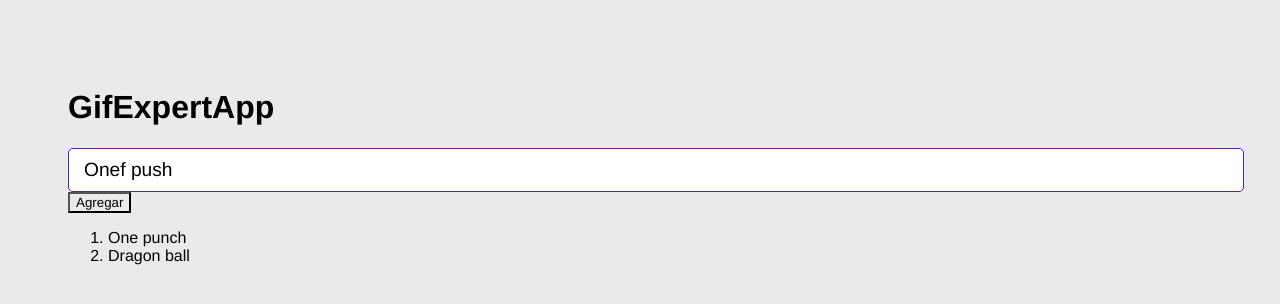
Repository: mmg0206/react-gif-expert
Page: /
The author's editor kept a copy of each file at every save. The page is drawn from the files as they stood at one save, then again after the next save.
The browser window is 1280 px wide. The pictures show the whole page.
The project was rebuilt for these pictures with package versions that can differ from the ones it lists, and the page was loaded fresh each time. Also part of the build but not shown: vite.config.js.

Above is the page before, as saved 2024-04-13 21:08:16.

### src/main.jsx
import React from 'react'
import ReactDOM from 'react-dom/client'
import { GifExpertApp } from './GifExpertApp.jsx'
import './styles.css';

if (import.meta.hot) {
  import.meta.hot.on(
    "vite:beforeUpdate",
    /* eslint-disable-next-line no-console */
    () => console.clear()
  );
}

ReactDOM.createRoot(document.getElementById('root')).render(
  <React.StrictMode>
    <GifExpertApp/>
  </React.StrictMode>
)

### src/GifExpertApp.jsx
import { useState } from "react";
import {AddCategory} from "./components/AddCategory";

export const GifExpertApp = () => {
  // const apiKey ='Ls33XwmjLip5m9fo9lFfzjgpz7a8Isa8';
  const [categories, setCategories] = useState(['One punch', 'Dragon ball']);

  const onAddCategory =(newValue)=>{
    setCategories(categories.concat(newValue));
  }


  return (
    <>
      {/* titulo */}
      <h1>GifExpertApp</h1>

      {/* input */}
      <AddCategory />

      {/* listado de gifs */}
      <button onClick={()=>onAddCategory('Valorant')}>Agregar</button>
      <ol>
        {
          categories.map(el =>{
              return <li key={el}>{el}</li>
          })
        }
      </ol>
        {/* Gif item */}
    </>
  )
}

### src/components/AddCategory.jsx
import { useState } from "react"

export const AddCategory = () => {
    const [inputValue, setInputValue] = useState('Onef push');

    const onInputChange = ({target})=>{
        setInputValue(target.value)
    }

    const onSubmit = (event) =>{
        event.preventDefault();
        console.log(inputValue);
    }

    return (
        <form onSubmit={(e)=>onSubmit(e)}>
            <input
                type="text"
                placeholder="Buscar gifs"
                value={inputValue}
                onChange={(e)=>onInputChange(e)}
            />
        </form>
    )
}

Loaded but not shown: index.html (common file); src/styles.css (common file)

After the next save:
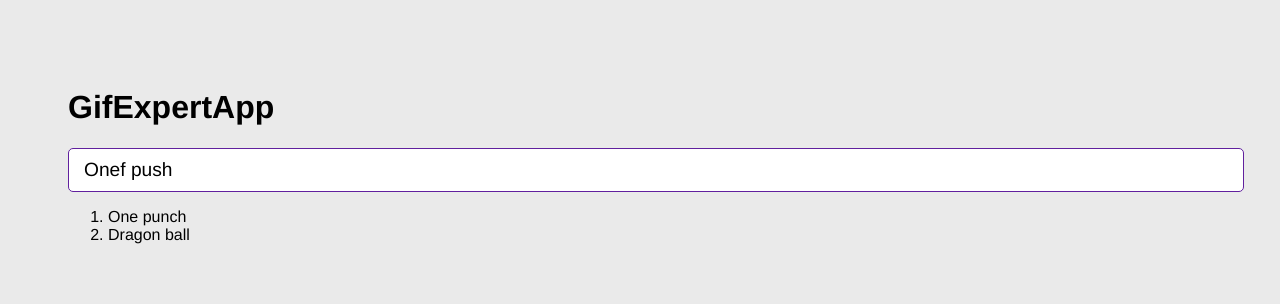
Saved 37 h 43 min later.
--- a/src/GifExpertApp.jsx
+++ b/src/GifExpertApp.jsx
@@ -5,9 +5,9 @@ export const GifExpertApp = () => {
   // const apiKey ='Ls33XwmjLip5m9fo9lFfzjgpz7a8Isa8';
   const [categories, setCategories] = useState(['One punch', 'Dragon ball']);
 
-  const onAddCategory =(newValue)=>{
-    setCategories(categories.concat(newValue));
-  }
+  // const onAddCategory =(newValue)=>{
+  //   setCategories(categories.concat(newValue));
+  // }
 
 
   return (
@@ -16,10 +16,9 @@ export const GifExpertApp = () => {
       <h1>GifExpertApp</h1>
 
       {/* input */}
-      <AddCategory />
+      <AddCategory setCategories={setCategories}/>
 
       {/* listado de gifs */}
-      <button onClick={()=>onAddCategory('Valorant')}>Agregar</button>
       <ol>
         {
           categories.map(el =>{
